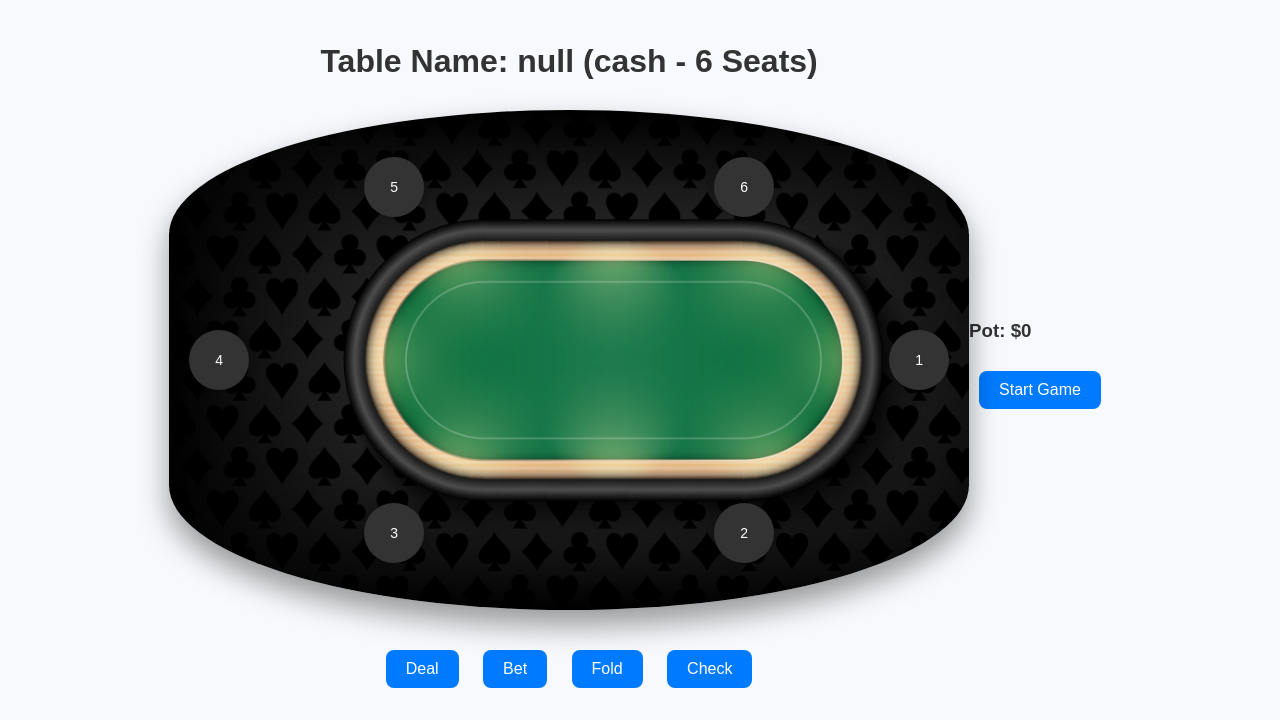
Repository: KidBillionaire/newapp
Page: public/playTable.html
The author's editor kept a copy of each file at every save. The page is drawn from the files as they stood at one save, then again after the next save.
The browser window is 1280 px wide. The pictures show the whole page.

Above is the page before, as saved 2024-10-10 17:29:09.

After the next save:
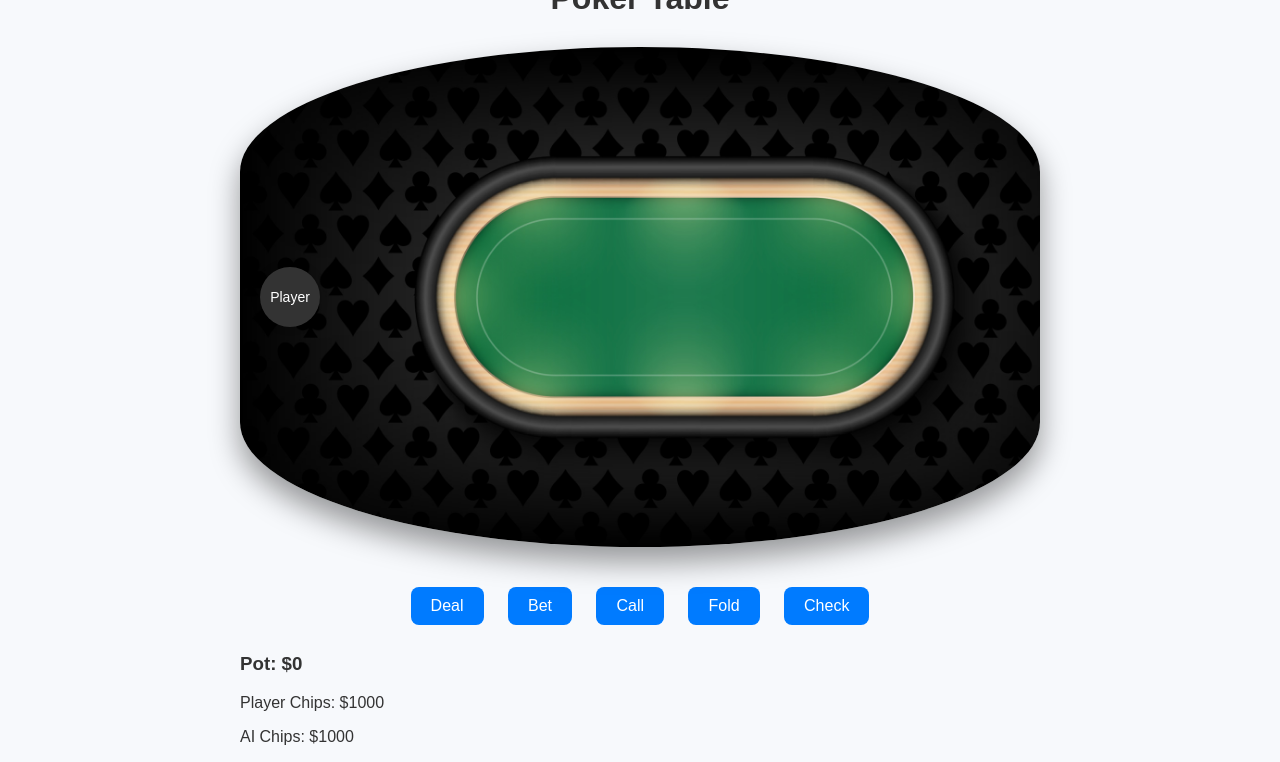
Saved 2 min 16 s later.
--- a/public/playTable.html
+++ b/public/playTable.html
@@ -24,39 +24,43 @@
         <div id="actionsContainer">
             <button id="dealButton">Deal</button>
             <button id="betButton" disabled>Bet</button>
+            <button id="callButton" disabled>Call</button>
             <button id="foldButton" disabled>Fold</button>
             <button id="checkButton" disabled>Check</button>
         </div>
-    </div>
 
-    <!-- Player Information and Betting Section -->
-    <div id="tableInfo">
-        <h3 id="currentPot">Pot: $0</h3>
-        <div id="playerActions">
-            <button id="startGameButton">Start Game</button>
+        <!-- Player Information and Pot -->
+        <div id="playerInfo">
+            <h3 id="currentPot">Pot: $0</h3>
+            <p id="playerChips">Player Chips: $1000</p>
+            <p id="aiChips">AI Chips: $1000</p>
         </div>
     </div>
 
     <script>
         // Grab references to HTML elements
         const pokerTableContainer = document.getElementById('pokerTableContainer');
+        const dealButton = document.getElementById('dealButton');
         const betButton = document.getElementById('betButton');
+        const callButton = document.getElementById('callButton');
         const foldButton = document.getElementById('foldButton');
         const checkButton = document.getElementById('checkButton');
-        const dealButton = document.getElementById('dealButton');
         const tableNameHeading = document.getElementById('tableNameHeading');
+        const currentPotDisplay = document.getElementById('currentPot');
+        const playerChipsDisplay = document.getElementById('playerChips');
+        const aiChipsDisplay = document.getElementById('aiChips');
         const communityCards = document.querySelectorAll('.community-card');
 
-        // Retrieve table settings from local storage
-        const tableName = localStorage.getItem('pokerTableName');
-        const numSeats = parseInt(localStorage.getItem('numSeats')) || 6;
-        const tableType = localStorage.getItem('tableType') || 'cash';
-
-        // Update table header
-        tableNameHeading.textContent = `Table Name: ${tableName} (${tableType} - ${numSeats} Seats)`;
-
+        // Game State Variables
+        let playerChips = 1000;
+        let aiChips = 1000;
+        let pot = 0;
+        let currentBet = 0;
+        let playerBet = 0;
+        let aiBet = 0;
         let playerSeated = false;
         let playerHand = [];
+        let aiHand = [];
 
         // Function to populate seats around the table
         function setupTable() {
@@ -65,21 +69,19 @@
             const centerX = 400;
             const centerY = 250;
 
-            for (let i = 0; i < numSeats; i++) {
-                const seat = document.createElement('div');
-                seat.className = 'seat';
-                seat.textContent = i + 1;
-                seat.setAttribute('data-seat', i);
-                seat.addEventListener('click', takeSeat); // Seat click event
-                pokerTableContainer.appendChild(seat);
+            const seat = document.createElement('div');
+            seat.className = 'seat';
+            seat.textContent = "Player";
+            seat.setAttribute('data-seat', 'player');
+            seat.addEventListener('click', takeSeat);
+            pokerTableContainer.appendChild(seat);
 
-                const angle = (i / numSeats) * (2 * Math.PI);
-                const x = centerX + xRadius * Math.cos(angle) - (seat.offsetWidth / 2);
-                const y = centerY + yRadius * Math.sin(angle) - (seat.offsetHeight / 2);
+            const angle = (1 / 2) * (2 * Math.PI); // Position the player at the bottom
+            const x = centerX + xRadius * Math.cos(angle) - (seat.offsetWidth / 2);
+            const y = centerY + yRadius * Math.sin(angle) - (seat.offsetHeight / 2);
 
-                seat.style.left = `${x}px`;
-                seat.style.top = `${y}px`;
-            }
+            seat.style.left = `${x}px`;
+            seat.style.top = `${y}px`;
         }
 
         // Player takes a seat
@@ -87,8 +89,6 @@
             const seat = event.target;
             seat.textContent = 'You';
             seat.style.backgroundColor = '#00cc44';
-            pokerTableContainer.childNodes.forEach(node => node.removeEventListener('click', takeSeat)); // Disable other seats
-
             playerSeated = true;
             dealButton.disabled = false; // Enable deal button
         }
@@ -101,15 +101,12 @@
             }
 
             dealButton.disabled = true; // Disable Deal button after dealing
+            playerHand = [randomCard(), randomCard()];
+            aiHand = [randomCard(), randomCard()];
 
-            // Deal 2 cards to the player
-            playerHand = [
-                randomCard(),
-                randomCard()
-            ];
             console.log(`Your hand: ${playerHand.join(', ')}`);
+            console.log(`AI hand: ${aiHand.join(', ')}`);
 
-            // Show flop cards (after a short delay for visual effect)
             setTimeout(() => {
                 communityCards[0].textContent = randomCard();
                 communityCards[1].textContent = randomCard();
@@ -118,7 +115,6 @@
                 communityCards[1].classList.add('deal');
                 communityCards[2].classList.add('deal');
 
-                // Pause for player actions
                 enablePlayerActions();
             }, 1000);
         }
@@ -128,6 +124,7 @@
             betButton.disabled = false;
             foldButton.disabled = false;
             checkButton.disabled = false;
+            callButton.disabled = true;
 
             console.log('Player actions enabled. Choose your move!');
         }
@@ -141,13 +138,31 @@
             return `${value}${suit}`;
         }
 
-        // Attach event listeners
+        // Implement betting actions
+        betButton.addEventListener('click', () => {
+            playerBet = 50; // Example bet value
+            if (playerChips >= playerBet) {
+                playerChips -= playerBet;
+                pot += playerBet;
+                currentBet = playerBet;
+                playerChipsDisplay.textContent = `Player Chips: $${playerChips}`;
+                currentPotDisplay.textContent = `Pot: $${pot}`;
+                console.log('You bet 50!');
+
+                aiResponse();
+            }
+        });
+
+        foldButton.addEventListener('click', () => {
+            console.log('You folded!');
+        });
+
+        checkButton.addEventListener('click', () => {
+            console.log('You checked!');
+        });
+
+        setupTable();
         dealButton.addEventListener('click', dealCards);
-        betButton.addEventListener('click', () => console.log('You bet!'));
-        foldButton.addEventListener('click', () => console.log('You folded!'));
-        checkButton.addEventListener('click', () => console.log('You checked!'));
-
-        setupTable(); // Initialize the table
     </script>
 </body>
 </html>
